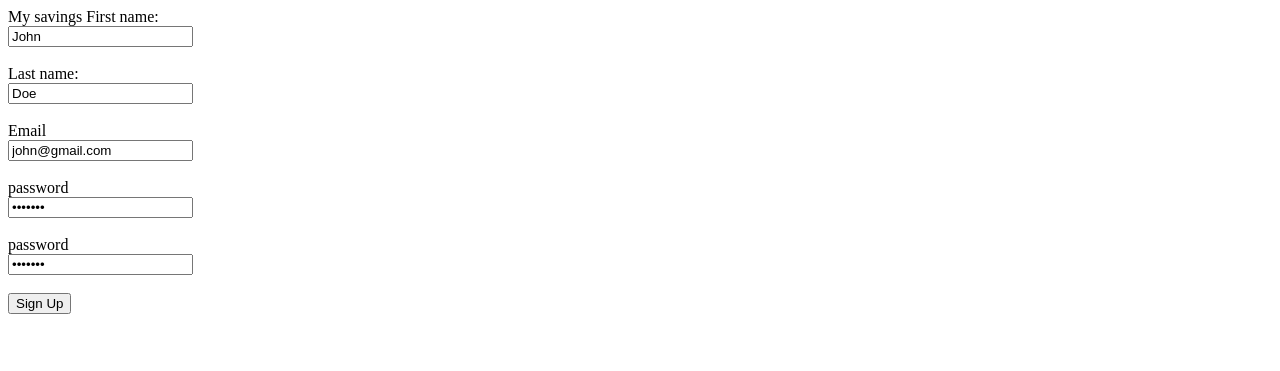
Repository: reemoon-ctrl/hotel-website
Page: mine-form_styling_start.html
These files come from the project's save history. The page is drawn as it stood at one moment and after a run of saves; the edit follows.
The browser window is 1280 px wide. The pictures show the whole page.

Above is the page before, as saved 2024-07-20 13:41:11.

### mine-form_styling_start.html
<!DOCTYPE html>
<html lang="en">
<head>
    <meta charset="UTF-8">
    <meta name="viewport" content="width=device-width, initial-scale=1.0">
    <title>Document</title>
<style>
    .form{

    }
    .container{
        margin: auto;
        background: rgb(3, 3, 79);

    }
</style>
</head>

<body>
    <div class="container"></div>
    <form class="form" action="/action_page.php">
        <caption style="text-align:right">My savings</caption>
        <label for="fname">First name:</label><br>
        <input type="text" id="fname" name="fname" value="John"><br><br>
        <label for="lname">Last name:</label><br>
        <input type="text" id="lname" name="lname" value="Doe"><br><br>
        <label for="Email ">Email</label><br>
        <input type="text" id="email" name="Email" value="john@gmail.com"><br><br>
        <label for="password">password</label><br>
        <input type="password" id="password" name="password" value="fffffff"><br><br>
        <label for="password">password</label><br>
        <input type="password" id="confirm password" name="confirm password" value="fffffff"><br><br>


        <input type="submit" value="Sign Up">
      </form>
      </body>

</body>
</html>

After the next 2 saves:
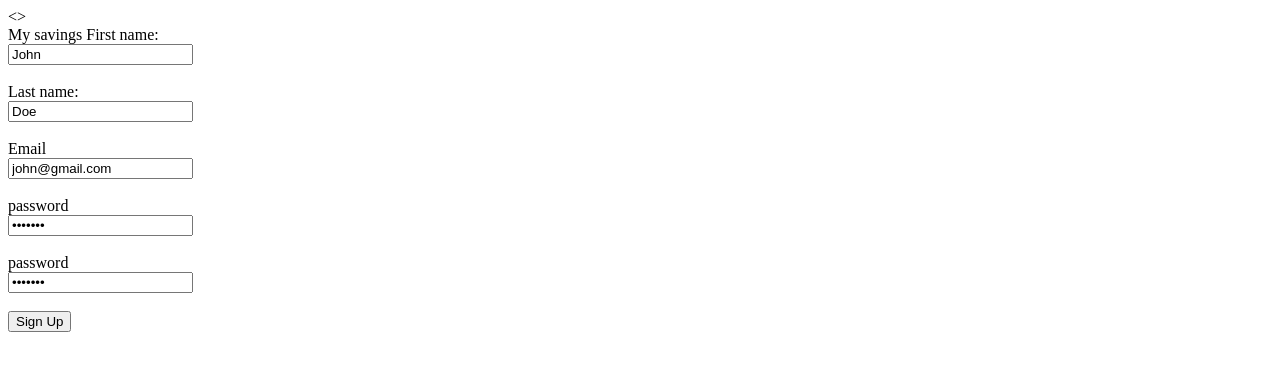
The 2 saves are shown as one change because they came seconds apart.
The last was saved 7 s later.
--- a/mine-form_styling_start.html
+++ b/mine-form_styling_start.html
@@ -16,7 +16,7 @@
 </style>
 </head>
 
-<body>
+<>
     <div class="container"></div>
     <form class="form" action="/action_page.php">
         <caption style="text-align:right">My savings</caption>
@@ -34,7 +34,7 @@
 
         <input type="submit" value="Sign Up">
       </form>
-      </body>
+    </div>
 
 </body>
 </html>

After the 2 saves that followed:
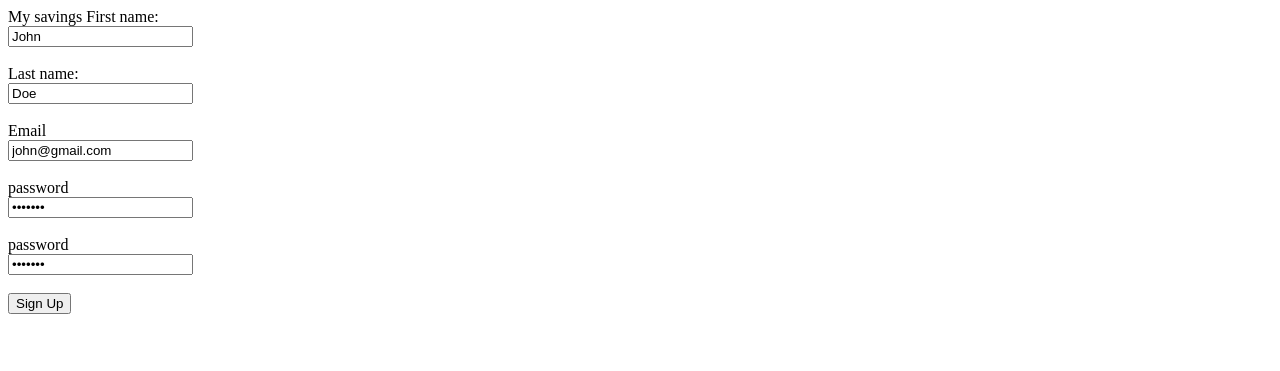
The 2 saves are shown as one change because they came seconds apart.
The last was saved 15 s later.
--- a/mine-form_styling_start.html
+++ b/mine-form_styling_start.html
@@ -10,13 +10,12 @@
     }
     .container{
         margin: auto;
-        background: rgb(3, 3, 79);
 
     }
 </style>
 </head>
 
-<>
+<body>
     <div class="container"></div>
     <form class="form" action="/action_page.php">
         <caption style="text-align:right">My savings</caption>
@@ -34,7 +33,6 @@
 
         <input type="submit" value="Sign Up">
       </form>
-    </div>
 
 </body>
 </html>
